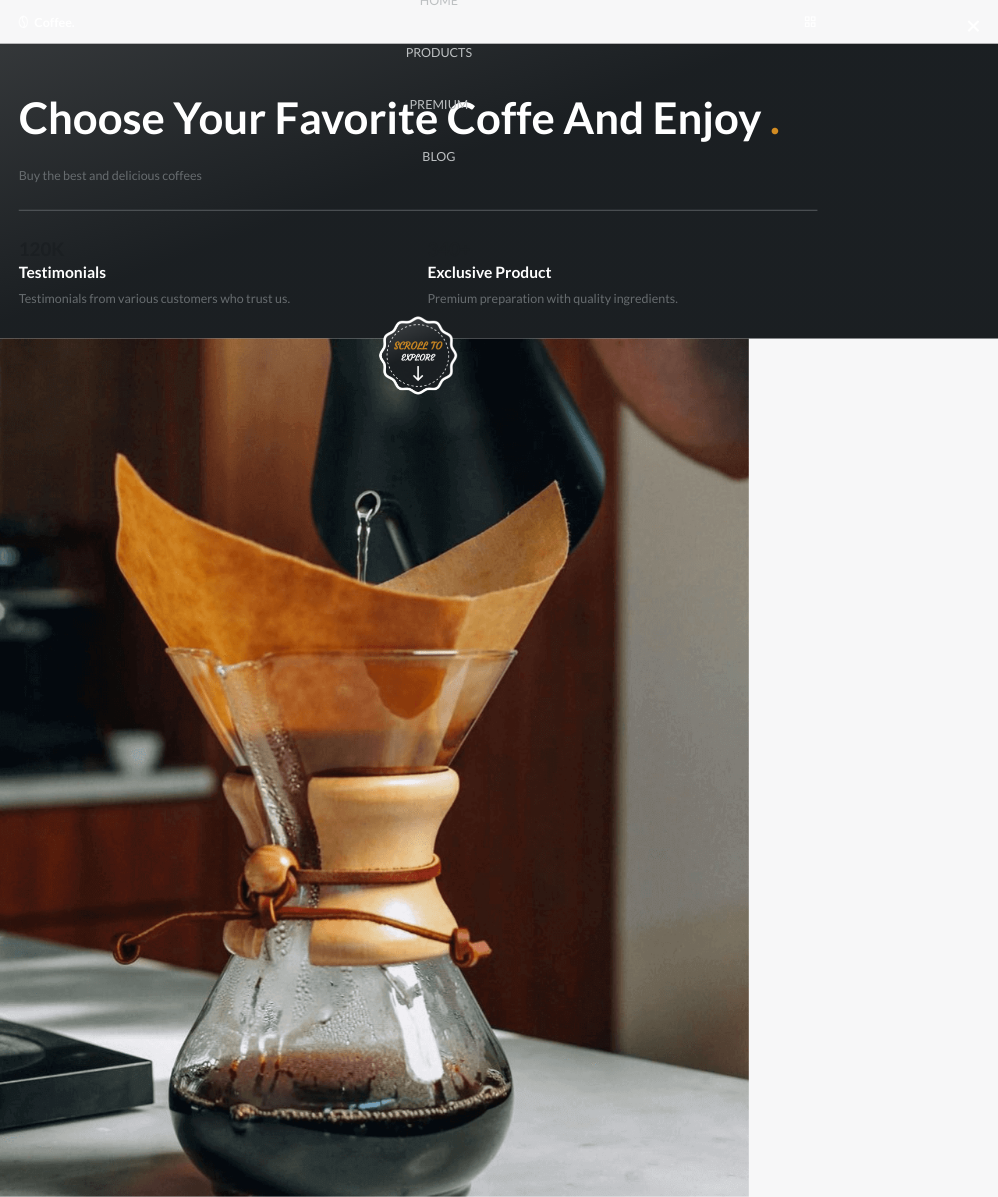
Repository: phong121020/coffee-responsive
Page: index.html
These files come from the project's save history. The page is drawn as it stood at one moment and after the next save; the edit follows.
The browser window is 1280 px wide. The pictures show the whole page, at 78% of full size.

Above is the page before, as saved 2022-03-06 18:30:12.

### index.html
<!DOCTYPE html>
<html lang="en">
  <head>
    <meta charset="UTF-8" />
    <meta http-equiv="X-UA-Compatible" content="IE=edge" />
    <meta name="viewport" content="width=device-width, initial-scale=1.0" />
    <!-- link -->
    <link rel="stylesheet" href="./assets/css/style.css" />
    <!-- favicon -->
    <link
      rel="shortcut icon"
      href="./assets/img/favicon.png"
      type="image/x-icon"
    />
    <title>Document</title>
    <!-- boxicon -->
    <link
      href="https://unpkg.com/boxicons@2.1.1/css/boxicons.min.css"
      rel="stylesheet"
    />
  </head>
  <body>
    <!-- HEADER -->
    <header class="header" id="header">
      <nav class="nav container">
        <a href="#" class="nav__logo">
          <img src="./assets/img/logo.png" alt="" class="nav__logo-img" />
          Coffee.
        </a>
        <div class="nav__menu" id="nav-menu">
          <ul class="nav__list">
            <li class="nav__item">
              <a href="#home" class="nav__link">Home</a>
            </li>
            <li class="nav__item">
              <a href="#products" class="nav__link">Products</a>
            </li>
            <li class="nav__item">
              <a href="#premium" class="nav__link">Premium</a>
            </li>
            <li class="nav__item">
              <a href="#blog" class="nav__link">Blog</a>
            </li>
          </ul>
          <div class="nav__close" id="nav-close">
            <i class="bx bx-x"></i>
          </div>
        </div>
        <!-- Toggle button -->
        <div class="nav__toggle" id="nav-toggle">
          <i class="bx bx-grid-alt"></i>
        </div>
      </nav>
    </header>
    <!-- MAIN -->
    <main>
      <!-- HOME -->
      <section class="home grid" id="home">
        <div class="home__container">
          <div class="home__content container">
            <h1 class="home__title">
              Choose Your Favorite Coffe And Enjoy <span>.</span>
            </h1>
            <p class="home__desc">Buy the best and delicious coffees</p>
            <div class="home__data">
              <div class="home__data-group">
                <h2 class="home__data-number">120K</h2>
                <h3 class="home__data-title">Testimonials</h3>
                <p class="home__data-desc">
                  Testimonials from various customers who trust us.
                </p>
              </div>
              <div class="home__data-group">
                <h2 class="home__data-number">340+</h2>
                <h3 class="home__data-title">Exclusive Product</h3>
                <p class="home__data-desc">
                  Premium preparation with quality ingredients.
                </p>
              </div>
            </div>
            <a href="#specialty">
              <img src="./assets/img/scroll.png" alt="" class="home__scroll" />
            </a>
          </div>
        </div>
        <img src="./assets/img/home.png" alt="" class="home__img" />
      </section>
    </main>
    <!-- JS -->
    <script src="./assets/js/app.js"></script>
  </body>
</html>

### assets/css/style.css
/*=============== GOOGLE FONTS ===============*/
@import url("https://fonts.googleapis.com/css2?family=Lato:wght@400;700&display=swap");

/*=============== VARIABLES CSS ===============*/
:root {
  --header-height: 3.5rem;

  /*========== Colors ==========*/
  --first-color: hsl(36, 72%, 48%);
  --first-color-alt: hsl(36, 72%, 44%);
  --black-color: hsl(206, 12%, 12%);
  --card-color: hsl(0, 0%, 90%);
  --title-color: hsl(206, 12%, 12%);
  --text-color: hsl(206, 4%, 42%);
  --text-color-light: hsl(206, 4%, 75%);
  --body-color: hsl(206, 4%, 97%);
  --container-color: #fff;

  /*========== Font and typography ==========*/
  --body-font: "Lato", sans-serif;
  --biggest-font-size: 2.25rem;
  --h1-font-size: 1.5rem;
  --h2-font-size: 1.25rem;
  --h3-font-size: 1rem;
  --normal-font-size: 0.938rem;
  --small-font-size: 0.813rem;
  --smaller-font-size: 0.75rem;

  /*========== Font weight ==========*/
  --font-bold: 700;

  /*========== z index ==========*/
  --z-tooltip: 10;
  --z-fixed: 100;
}

@media screen and (min-width: 968px) {
  :root {
    --biggest-font-size: 3.5rem;
    --h1-font-size: 2.25rem;
    --h2-font-size: 1.5rem;
    --h3-font-size: 1.25rem;
    --normal-font-size: 1rem;
    --small-font-size: 0.875rem;
    --smaller-font-size: 0.813rem;
  }
}

/*=============== BASE ===============*/
* {
  box-sizing: border-box;
  padding: 0;
  margin: 0;
}

html {
  scroll-behavior: smooth;
}

body {
  font-family: var(--body-font);
  font-size: var(--normal-font-size);
  background-color: var(--body-color);
  color: var(--text-color);
}

h1,
h2,
h3 {
  color: var(--title-color);
  font-weight: var(--font-bold);
}

h1,
h2,
h3,
p {
  line-height: 140%;
}

ul {
  list-style: none;
}

a {
  text-decoration: none;
}

img {
  max-width: 100%;
  height: auto;
}

button {
  border: none;
  outline: none;
  cursor: pointer;
}

/*=============== REUSABLE CSS CLASSES ===============*/
.container {
  max-width: 1024px;
  margin-left: 1.5rem;
  margin-right: 1.5rem;
}

.grid {
  display: grid;
  gap: 1.5rem;
}

.section {
  padding: 4.5rem 0 2rem;
}

.section__title {
  position: relative;
  font-size: var(--h1-font-size);
  padding-left: 1.25rem;
  margin-bottom: 2.5rem;
}

.section__title::before {
  content: "";
  position: absolute;
  top: 8px;
  left: 0;
  width: 3px;
  height: 20px;
  background-color: var(--first-color);
}

/* HEADER & NAV */
.header {
  width: 100%;
  background-color: transparent;
  position: fixed;
  top: 0;
  left: 0;
  right: 0;
  z-index: var(--z-fixed);
}
.nav {
  height: var(--header-height);
  display: flex;
  justify-content: space-between;
  align-items: center;
}
.nav__logo,
.nav__toggle {
  color: #fff;
}
.nav__logo {
  display: flex;
  align-items: center;
  justify-content: center;
  column-gap: 0.5rem;
  font-weight: var(--font-bold);
}
.nav__logo-img {
  width: 0.75rem;
}
.nav__toggle {
  display: inline-flex;
  font-size: 1.15rem;
  cursor: pointer;
}

@media screen and (max-width: 767px) {
  .nav__menu {
    position: fixed;
    top: 0;
    right: -100%;
    background-color: var(--black-color);
    width: 100%;
    height: 100%;
    transition: 0.3s;
  }
  .nav__menu.is-show {
    right: 0;
  }
}
.nav__list {
  display: flex;
  flex-direction: column;
  text-align: center;
  row-gap: 3rem;
  padding-top: 9rem;
}
.nav__link {
  text-transform: uppercase;
  color: var(--text-color-light);
  transition: 0.3s;
}
.nav__link:hover {
  color: #fff;
}
.nav__close {
  font-size: 2rem;
  position: absolute;
  top: 1rem;
  right: 1rem;
  color: #fff;
  cursor: pointer;
}
/* HOME */
.home {
  gap: 0;
}
.home__container {
  padding: 7rem 0 2.5rem;
  background: linear-gradient(
    160deg,
    hsla(206, 4%, 24%, 1) -4%,
    hsla(206, 12%, 12%, 1) 46%
  );
}
.home__content {
  position: relative;
}
.home__title,
.home__data-title {
  color: #fff;
}
.home__title {
  font-size: var(--biggest-font-size);
  margin-bottom: 1.5rem;
}
.home__title span {
  color: var(--first-color);
}
.home__desc {
  margin-bottom: 2rem;
}
.home__data {
  border-top: 1px solid var(--text-color);
  padding-top: 2rem;
  display: grid;
  grid-template-columns: repeat(2, 1fr);
  column-gap: 1.5rem;
}
.home__data-title {
  font-size: var(--h3-font-size);
  margin-bottom: 0.5rem;
}
.home__scroll {
  position: absolute;
  width: 100px;
  bottom: -7rem;
  left: 0;
  right: 0;
  margin: 0 auto;
  animation: scroll 3s infinite;
}
/* SCROLL IMAGE ANIMATE */
@keyframes scroll {
  0% {
    transform: translateY(0);
  }
  50% {
    transform: translateY(-0.5rem);
  }
  100% {
    transform: translateY(0);
  }
}
/* CHANGE BACKGROUND HEADER */
.scroll-header {
  background-color: var(--body-color);
  box-shadow: 0 1px 4px hsla(0, 4%, 15%, 0.1);
}

### assets/js/app.js
// SHOW MENU
const navToggle = document.querySelector(".nav__toggle");
const navMenu = document.querySelector(".nav__menu");
const navClose = document.querySelector(".nav__close");
const navItem = document.querySelectorAll(".nav__item");
// MENU SHOW
if (navToggle) {
  navToggle.addEventListener("click", function () {
    navMenu.classList.add("is-show");
  });
}
//  MENU HIDDEN
if (navClose) {
  navClose.addEventListener("click", function () {
    navMenu.classList.remove("is-show");
  });
}
// REMOVE MENU MOBILE
[...navItem].forEach((item) =>
  item.addEventListener("click", function () {
    navMenu.classList.remove("is-show");
  })
);
//CHANGE BACKGROUND HEADER
window.addEventListener("scroll", scrollHeader);
function scrollHeader() {
  const header = document.querySelector(".header");
  const headerOffset = header.offsetHeight;
  const windowHeight = document.body.offsetHeight;
  console.log(windowHeight);
  if (headerOffset > 50) {
    header.classList.add("scroll-header");
  } else {
    header.classList.remove("scroll-header");
  }
}

After the next save:
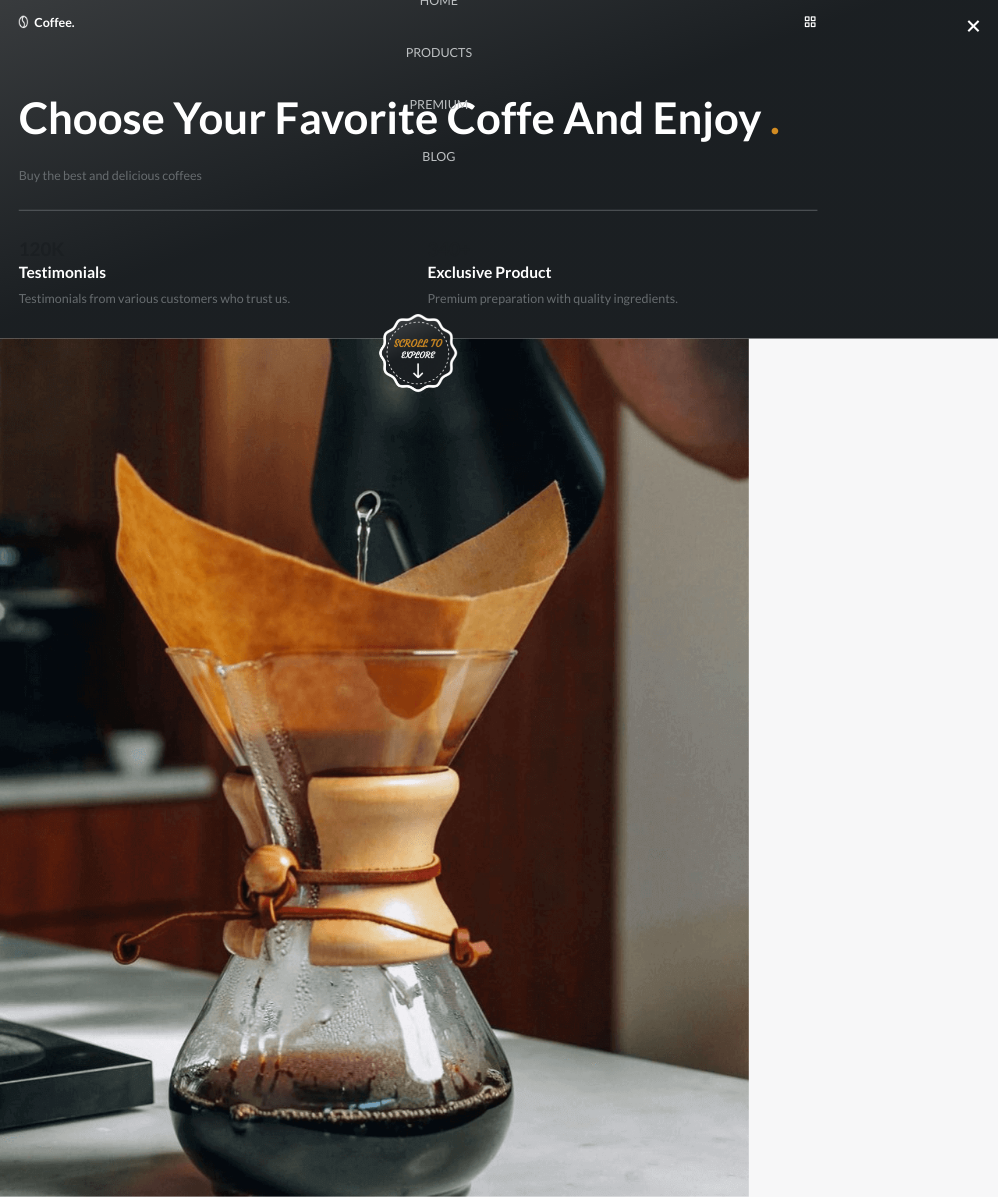
Console error: SyntaxError: Unexpected token '{'
Saved 6 s later.
--- a/assets/js/app.js
+++ b/assets/js/app.js
@@ -30,7 +30,7 @@
   console.log(windowHeight);
   if (headerOffset > 50) {
     header.classList.add("scroll-header");
-  } else {
+  } else if{
     header.classList.remove("scroll-header");
   }
 }

After the save that followed:
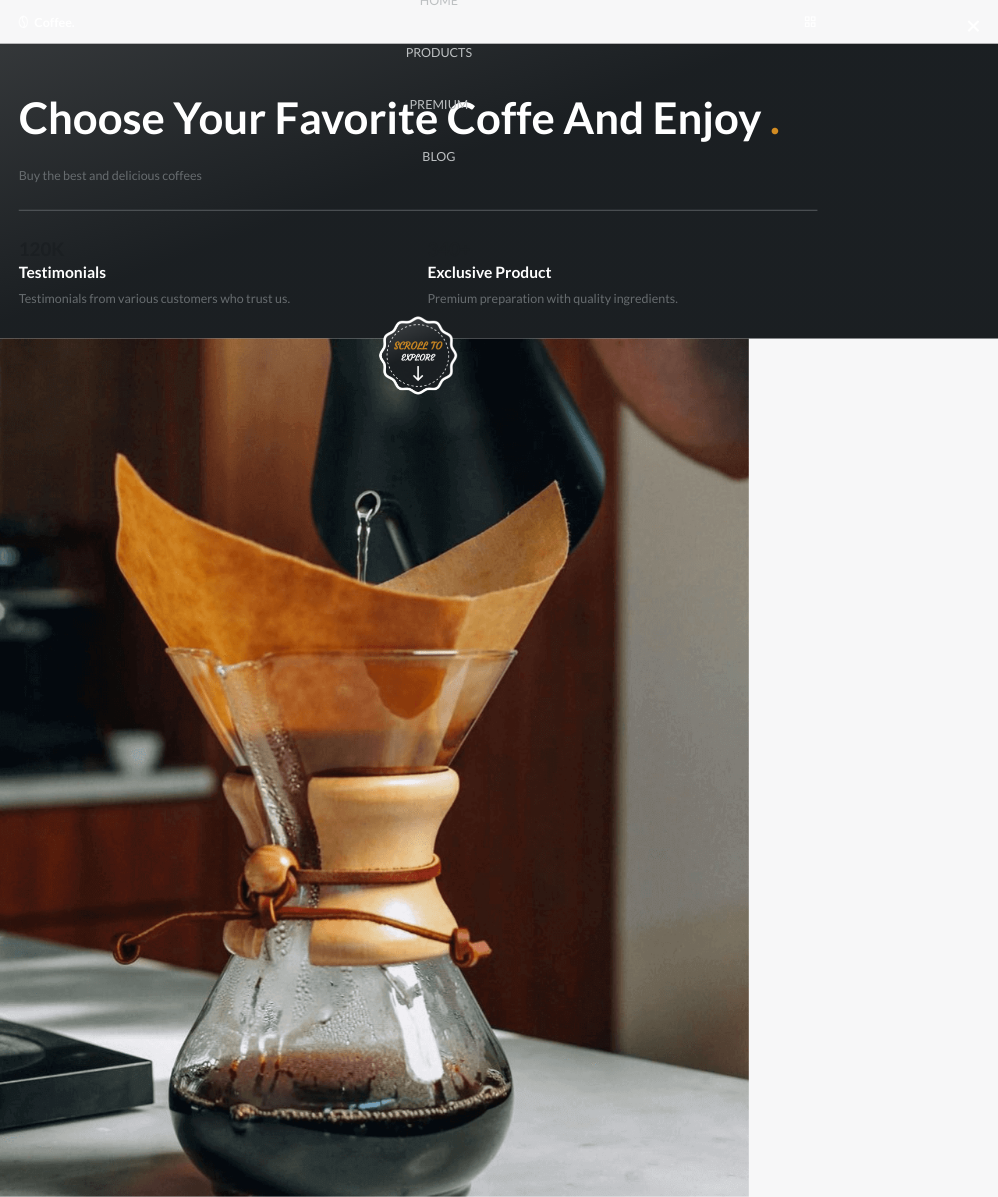
The error is gone.
Saved 95 s later.
--- a/assets/js/app.js
+++ b/assets/js/app.js
@@ -30,7 +30,7 @@
   console.log(windowHeight);
   if (headerOffset > 50) {
     header.classList.add("scroll-header");
-  } else if{
+  } else {
     header.classList.remove("scroll-header");
   }
 }
